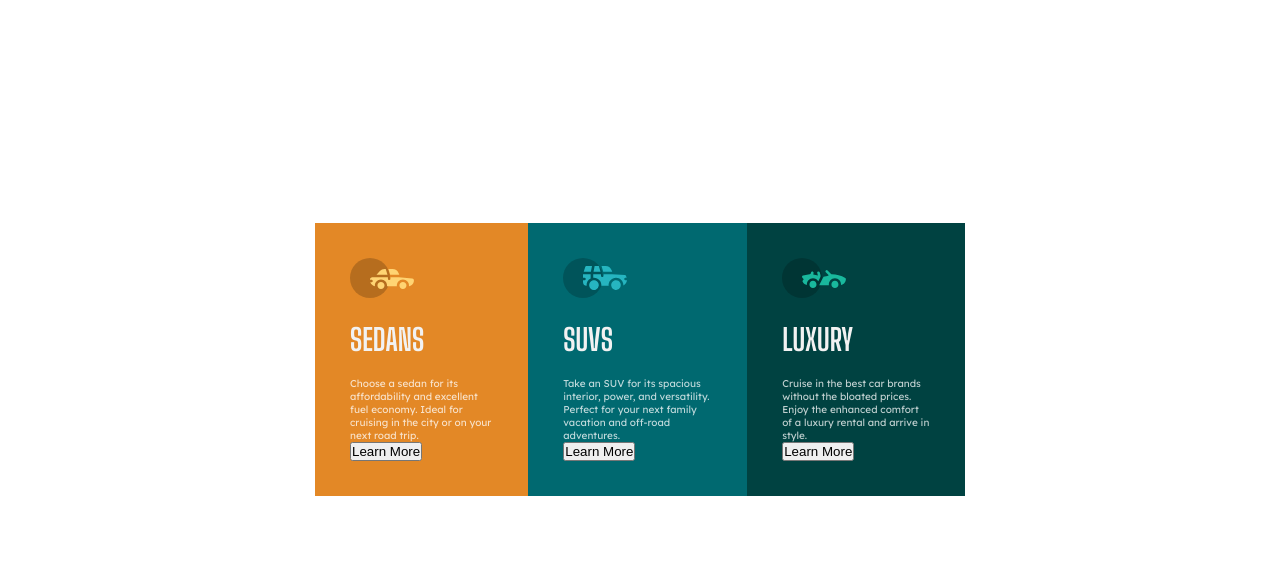
Repository: thaibaocoder1/3-column-card
Page: index.html
These files come from the project's save history. The page is drawn as it stood at one moment and after the next save; the edit follows.
The browser window is 1280 px wide. The pictures show the whole page.

Above is the page before, as saved 2023-01-11 20:58:01.

### index.html
<!DOCTYPE html>
<html lang="en">
<head>
  <meta charset="UTF-8">
  <meta name="viewport" content="width=device-width, initial-scale=1.0">
  <link rel="icon" type="image/png" sizes="32x32" href="./images/favicon-32x32.png">
  <title>Frontend Mentor | 3-column preview card component</title>
  <link rel="preconnect" href="https://fonts.googleapis.com">
  <link rel="preconnect" href="https://fonts.gstatic.com" crossorigin>
  <link href="https://fonts.googleapis.com/css2?family=Big+Shoulders+Display:wght@700&family=Lexend+Deca&display=swap" rel="stylesheet">
  <link rel="stylesheet" href="./styles.css">
</head>
<body>

  <main class="container">
    <div class="container__box container__box--one">
      <img src="./images/icon-sedans.svg" alt="" class="container--image">
      <h1 class="container--heading">Sedans</h1>
      <p class="container--content">
        Choose a sedan for its affordability and excellent fuel economy. Ideal for cruising in the city
        or on your next road trip.
      </p>
      <button class="container--btn">Learn More</button>
    </div>

    <div class="container__box container__box--two">
      <img src="./images/icon-suvs.svg" alt="" class="container--image">
      <h1 class="container--heading">Suvs</h1>
      <p class="container--content">
        Take an SUV for its spacious interior, power, and versatility. Perfect for your next family vacation
        and off-road adventures.
      </p>
      <button class="container--btn">Learn More</button>
    </div>

    <div class="container__box container__box--three">
      <img src="./images/icon-luxury.svg" alt="" class="container--image">
      <h1 class="container--heading">Luxury</h1>
      <p class="container--content">
        Cruise in the best car brands without the bloated prices. Enjoy the enhanced comfort of a luxury
        rental and arrive in style.
      </p>
      <button class="container--btn">Learn More</button>
    </div>
  </main>


</body>
</html>

### styles.css
* {
    margin: 0;
    padding: 0;
    box-sizing: border-box;
}
html {
    font-size: 62.5%;
}
body {
    text-rendering: optimizeLegibility;
    scroll-behavior: smooth;
    font-family: 'Big Shoulders Display', cursive;
    font-family: 'Lexend Deca', sans-serif;
    display: flex;
    align-items: center;
    justify-content: center;
    min-height: calc(100vh - 1px);
}
:root {
    --bright-orange: hsl(31, 77%, 52%);
    --dark-cyan: hsl(184, 100%, 22%);
    --very-dark-cyan: hsl(179, 100%, 13%);
    --white-p:  hsla(0, 0%, 100%, 0.75);
    --light-gray: hsl(0, 0%, 95%);
}
.container {
    max-width: 65rem;
    margin: 0 auto;
    background-color: var(--light-gray);
    display: flex;
    align-items: stretch;
    justify-content: center;
}
.container .container__box--one {
    background-color: var(--bright-orange);
}
.container .container__box--two {
    background-color: var(--dark-cyan);
}
.container .container__box--three {
    background-color: var(--very-dark-cyan);
}
.container .container__box {
    padding: 3.5rem;
}
.container__box .container--heading {
    color: var(--light-gray);
    font-family: 'Big Shoulders Display', cursive;
    text-transform: uppercase;
    font-size: 3rem;
    margin: 2rem 0;
    font-weight: 500;
}
.container__box .container--content {
    color: var(--white-p);
}

After the next save:
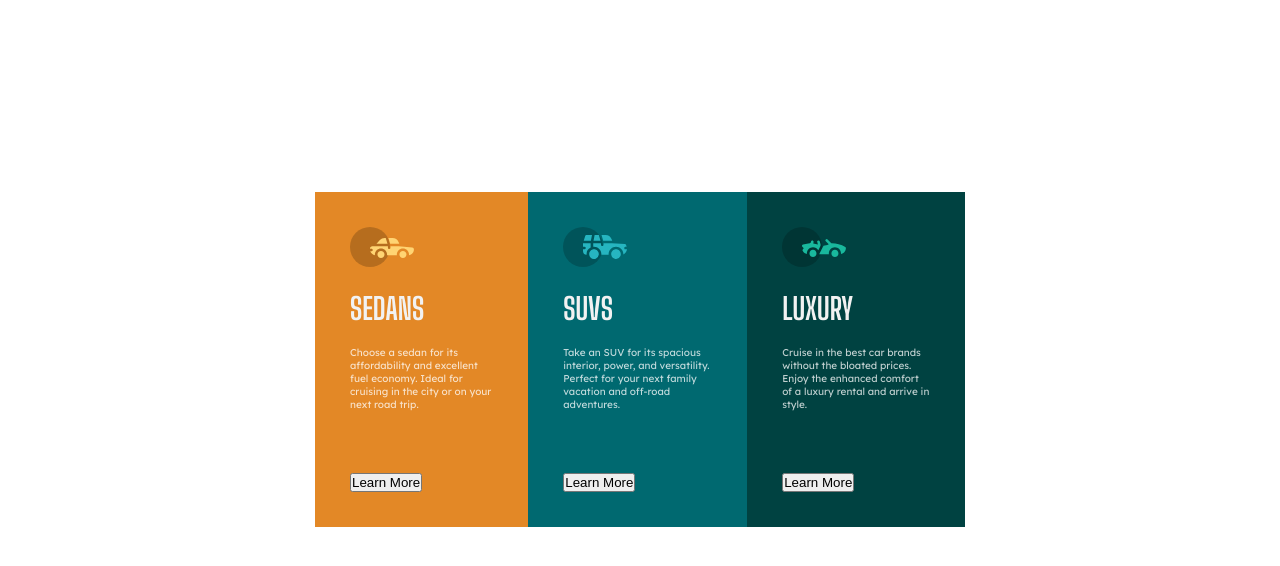
Saved 19 s later.
--- a/styles.css
+++ b/styles.css
@@ -53,4 +53,5 @@ body {
 }
 .container__box .container--content {
     color: var(--white-p);
+    margin-bottom: 6.2rem;
 }
